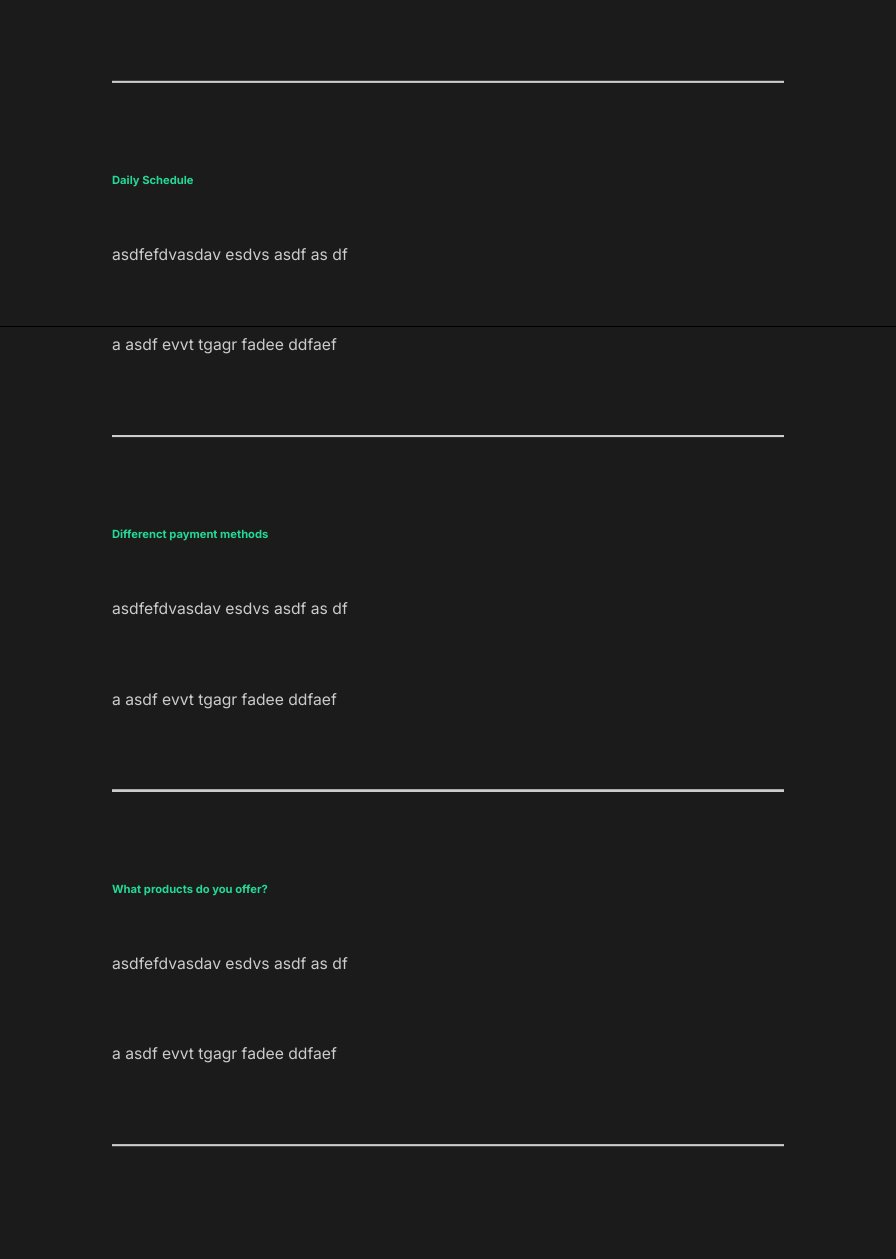
Repository: programmingwithlevi/capture
Page: /
These files come from the project's save history. The page is drawn as it stood at one moment and after the next save; the edit follows.
The browser window is 1280 px wide. The pictures show the part of the page from y = 2438 to 4358 px (the page is 4236 px tall before and 4742 px after), at 70% of full size.
The project was rebuilt for these pictures with package versions that can differ from the ones it lists, and the page was loaded fresh each time. Also part of the build but not shown: src/pages/ContactUs.js, src/pages/OurWork.js, src/movieState.js, src/pages/movieDetail.js.

Above is the page before, as saved 2021-12-11 11:21:43.

After the next save:
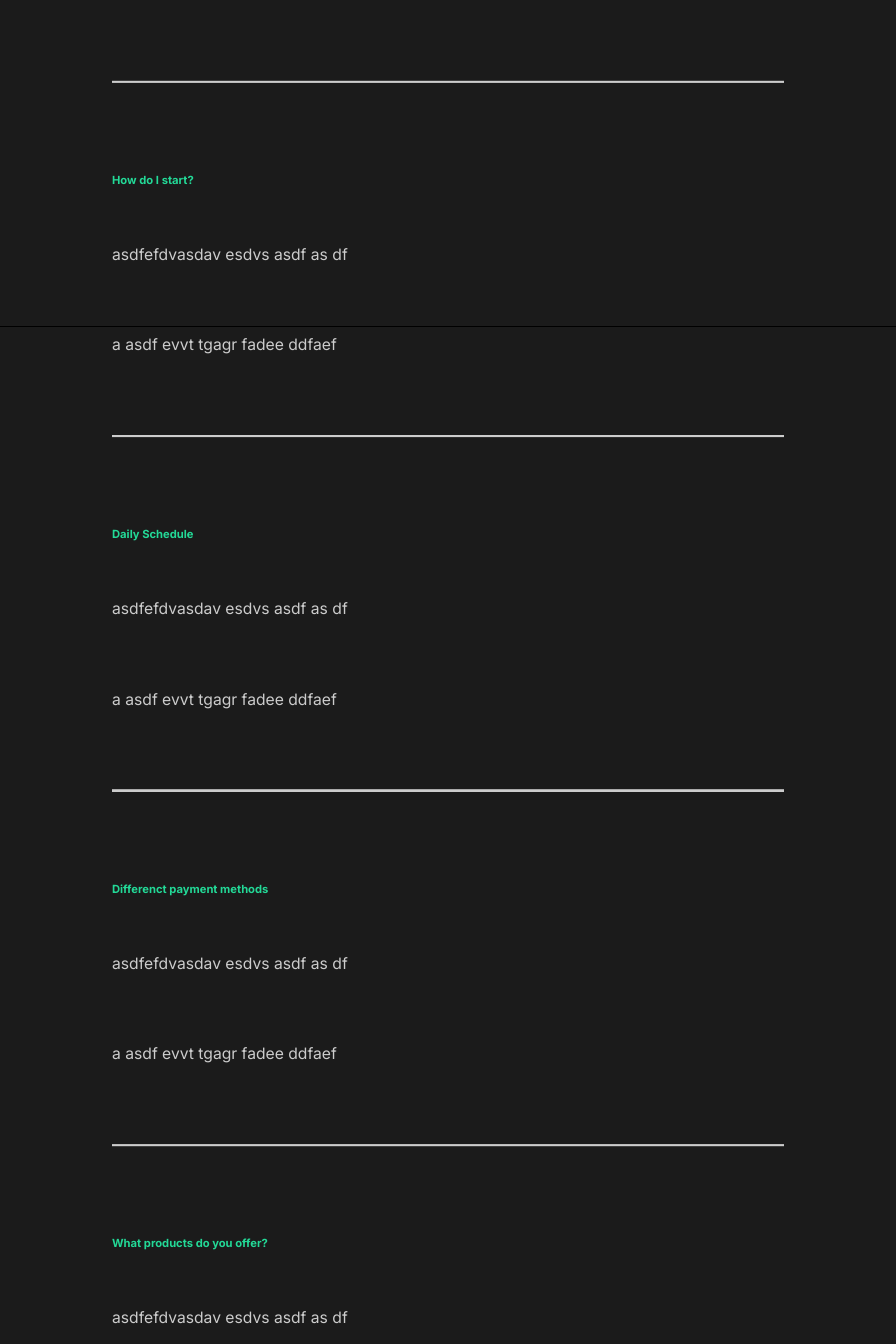
Saved 73 s later.
--- a/src/components/Toggle.js
+++ b/src/components/Toggle.js
@@ -3,7 +3,8 @@
 const Toggle = ({children}) => {
     const [toggle,setToggle] = useState(true);
     return(
-        <div>
+        <div onClick={() => setToggle(!toggle)}>
+            {toggle ? children : ""}
             {children}
         </div>
     )

After the save that followed:
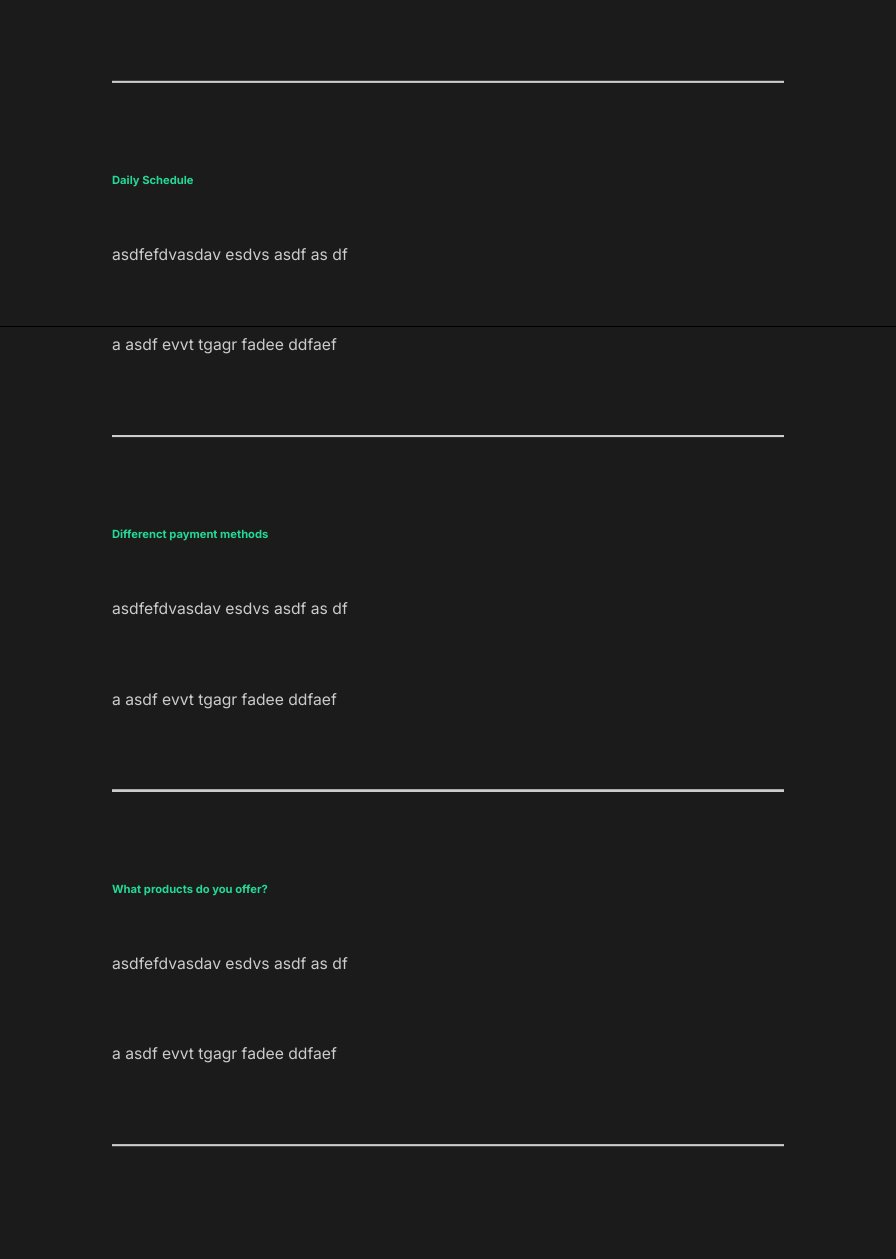
Saved 6 min 3 s later.
--- a/src/components/Toggle.js
+++ b/src/components/Toggle.js
@@ -5,7 +5,6 @@
     return(
         <div onClick={() => setToggle(!toggle)}>
             {toggle ? children : ""}
-            {children}
         </div>
     )
 }
